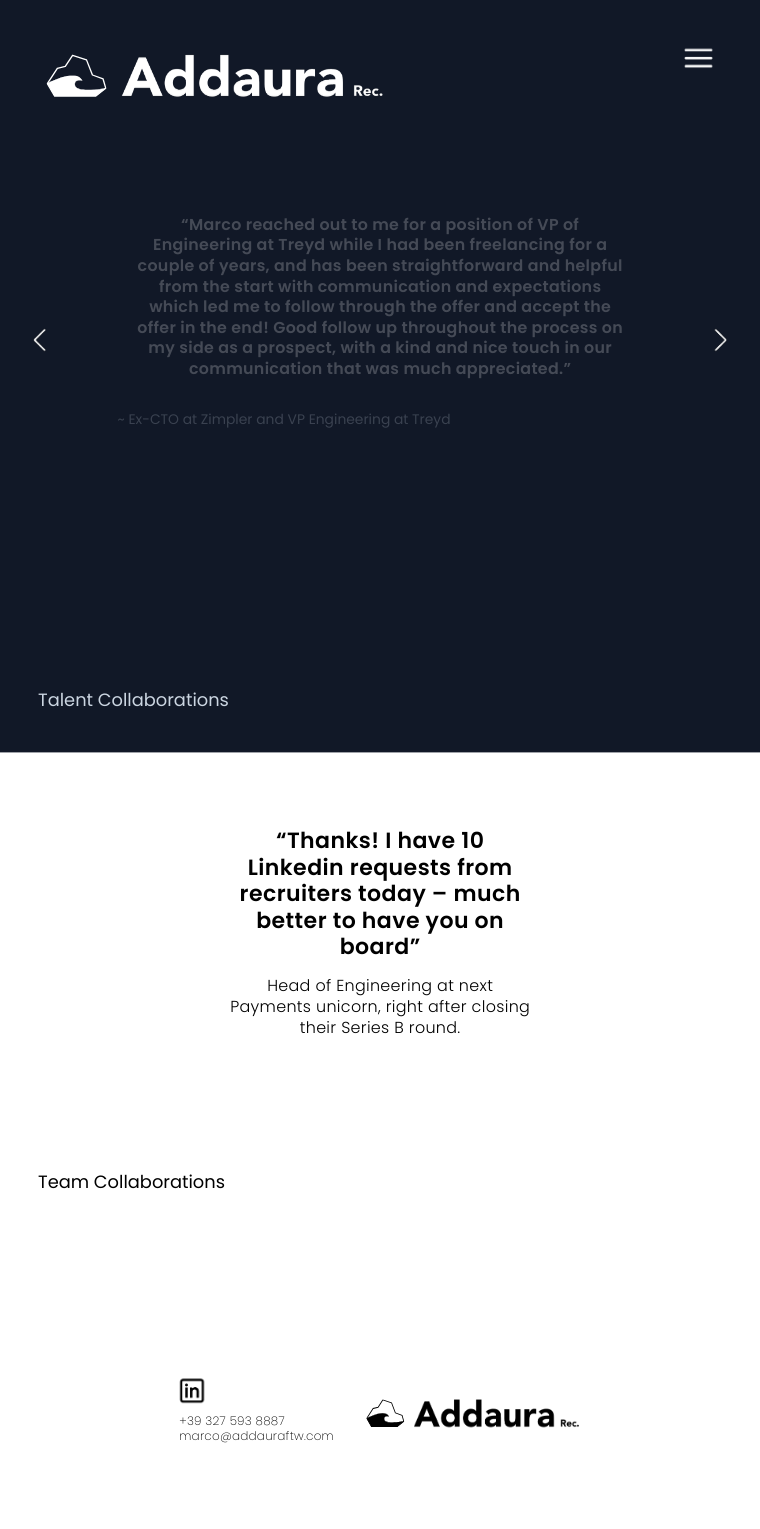
Repository: UnatPannu/Addaura-Trial
Page: public/clients.html
These files come from the project's save history. The page is drawn as it stood at one moment and after the next save; the edit follows.
The browser window is 768 px wide. The pictures show the whole page, at 99% of full size.

Above is the page before, as saved 2025-09-22 19:30:34.

After the next save:
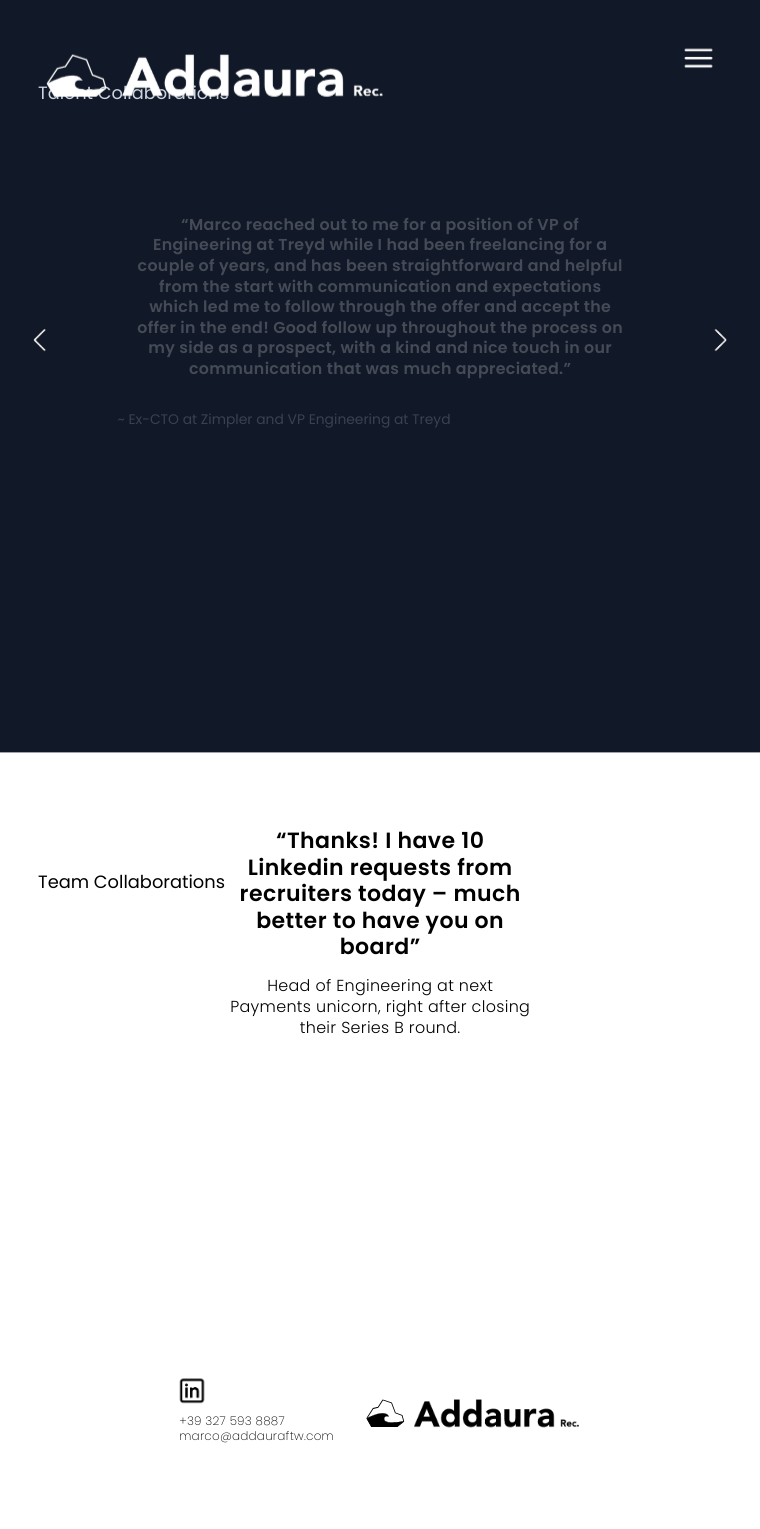
Saved 5 s later.
--- a/public/styles/clients.css
+++ b/public/styles/clients.css
@@ -161,6 +161,6 @@
   .bottom-text{
     position:absolute;
     text-align:center;
-
+    top:10%;
   }
 }
